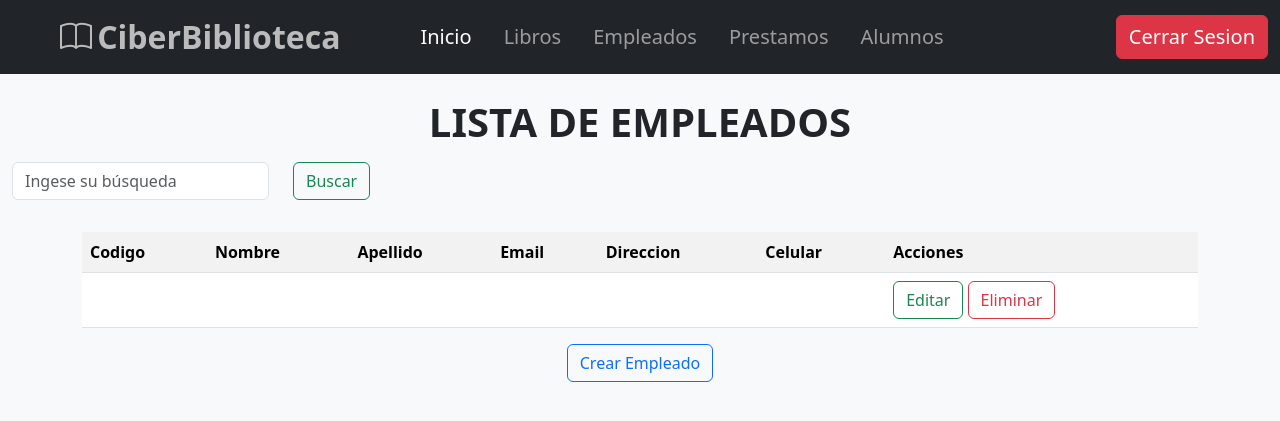
Repository: WilmerOcampo/LP1_Biblioteca
Page: http://localhost/Proyecto/listaEmpleados.jsp
The author's editor kept a copy of each file at every save. The page is drawn from the files as they stood at one save, then again after the next save.
The browser window is 1280 px wide. The pictures show the whole page.
The page is served by Tomcat 10.

Above is the page before, as saved 2023-05-31 15:48:47.

After the next save:
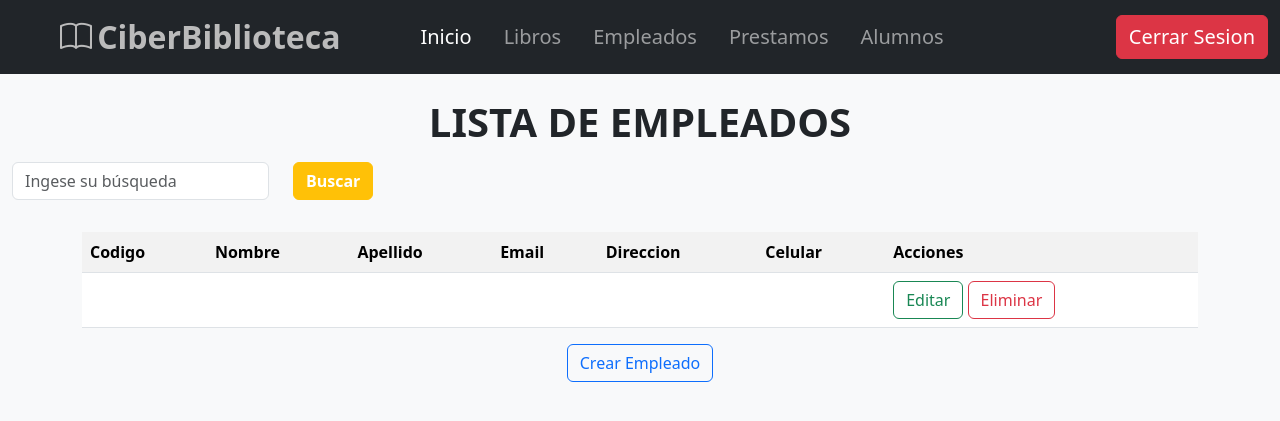
Saved 82 s later.
--- a/Proyecto/src/main/webapp/listaEmpleados.jsp
+++ b/Proyecto/src/main/webapp/listaEmpleados.jsp
@@ -64,7 +64,7 @@
         <div class="container-fluid">
             <form class="d-flex" role="search">
                 <input class="form-control me-4" type="search" placeholder="Ingese su búsqueda" aria-label="Search">
-                <button class="btn btn-outline-success" type="submit">Buscar</button>
+                <button class="btn btn-warning" type="submit" style="color: #fff; font-weight:600">Buscar</button>
             </form>
         </div>
     </nav><br>
